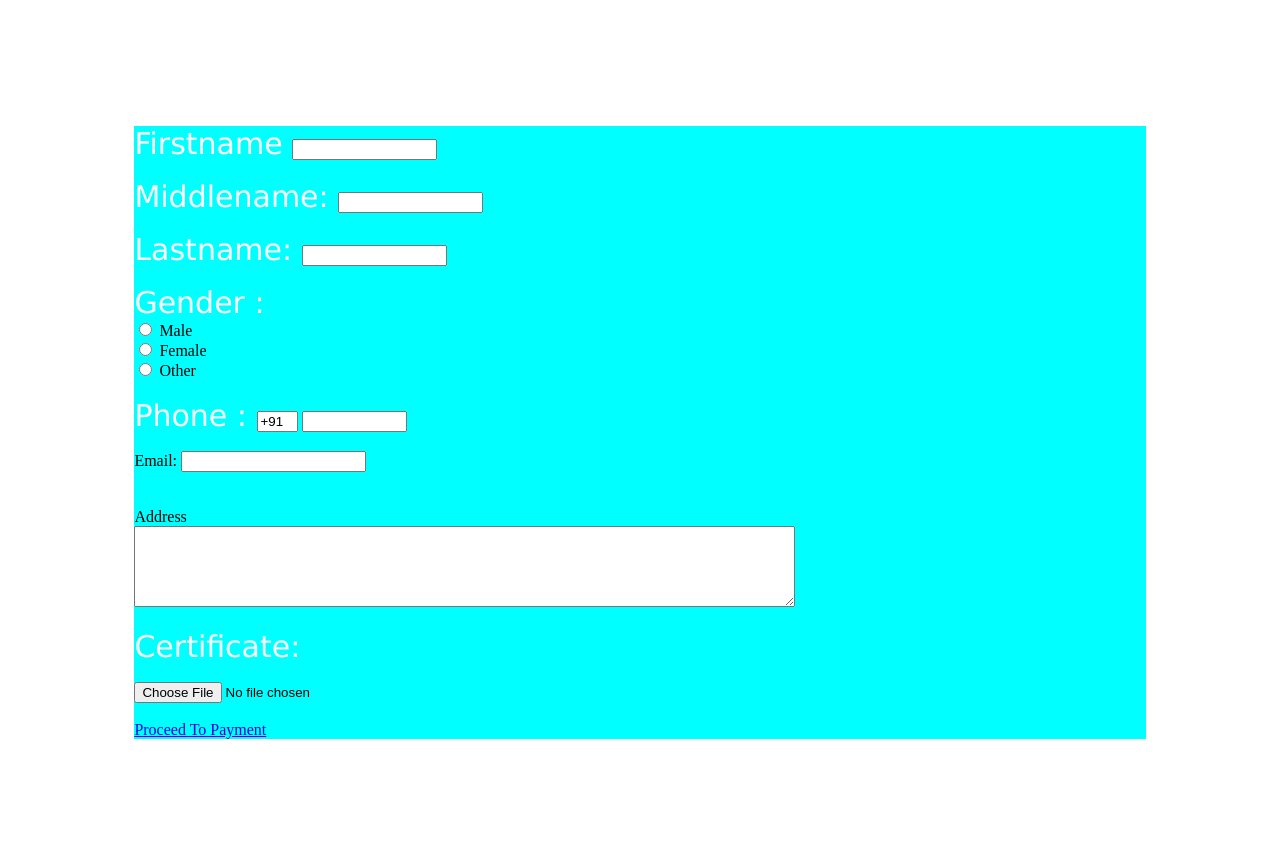
Repository: sarthakkathpalia/elliptical
Page: html/form.html
The author's editor kept a copy of each file at every save. The page is drawn from the files as they stood at one save, then again after the next save.
The browser window is 1280 px wide. The pictures show the whole page.

Above is the page before, as saved 2021-10-30 17:19:05.

### html/form.html
<!DOCTYPE html>
<html lang="en">
<head>
    <meta charset="UTF-8">
    <meta http-equiv="X-UA-Compatible" content="IE=edge">
    <meta name="viewport" content="width=device-width, initial-scale=1.0">
    <title>form</title>
</head>
<style>
        *{

        }
        label{
            font-size: 30px;
            color: white;
            font-family: 'Lucida Sans', 'Lucida Sans Regular', 'Lucida Grande', 'Lucida Sans Unicode', Geneva, Verdana, sans-serif;
        }
        .book{
            margin: 10%;
            background-color: aqua;
        }

</style>
<body>
    <form class="book">

        <label> Firstname </label>
        <input type="text" name="firstname" size="15"/> <br> <br>
        <label> Middlename: </label>
        <input type="text" name="middlename" size="15"/> <br> <br>
        <label> Lastname: </label>
        <input type="text" name="lastname" size="15"/> <br> <br>

        <label>
        Gender :
        </label><br>
        <input type="radio" name="male"/> Male <br>
        <input type="radio" name="female"/> Female <br>
        <input type="radio" name="other"/> Other
        <br>
        <br>

        <label>
        Phone :
        </label>
        <input type="text" name="country code"  value="+91" size="2"/>
        <input type="text" name="phone" size="10"/> <br> <br>
        Email:
        <input type="email" id="email" name="email"/> <br>
        <br> <br>
        Address
        <br>
        <textarea cols="80" rows="5" value="address">
        </textarea>
        <br> <br>

        <label>
            Certificate:
        </label>
        <br>
        <br>
        <input type="file" id="image-input" accept="image/*">
        <br>
        <br>
        <a href="index.html">Proceed To Payment</a>
        <!-- <button type="submit">Proceed To Payment</button> -->
        </form>
</body>
</html>

After the next save:
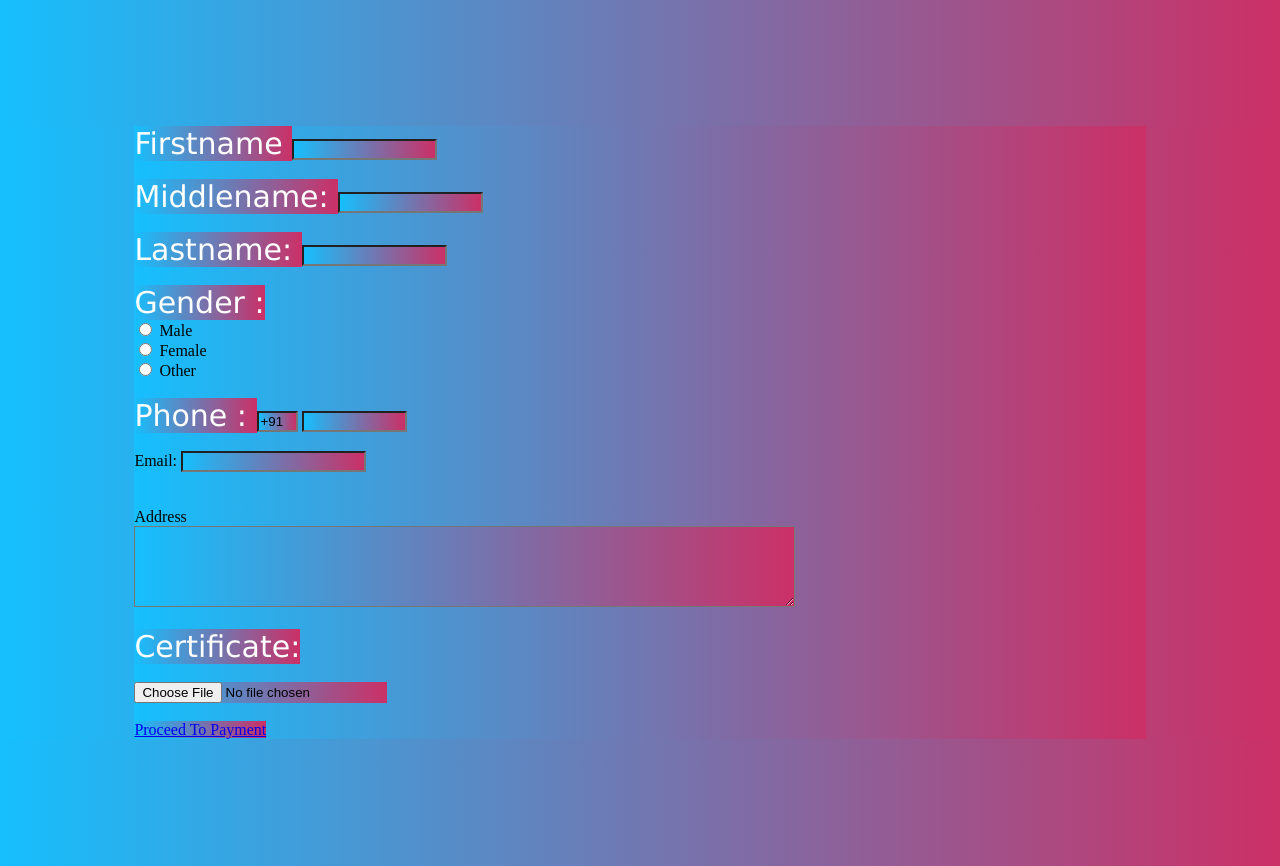
Saved 72 s later.
--- a/html/form.html
+++ b/html/form.html
@@ -8,7 +8,7 @@
 </head>
 <style>
         *{
-
+            background-image: linear-gradient(to right ,#16BFFD,#CB3066);
         }
         label{
             font-size: 30px;
